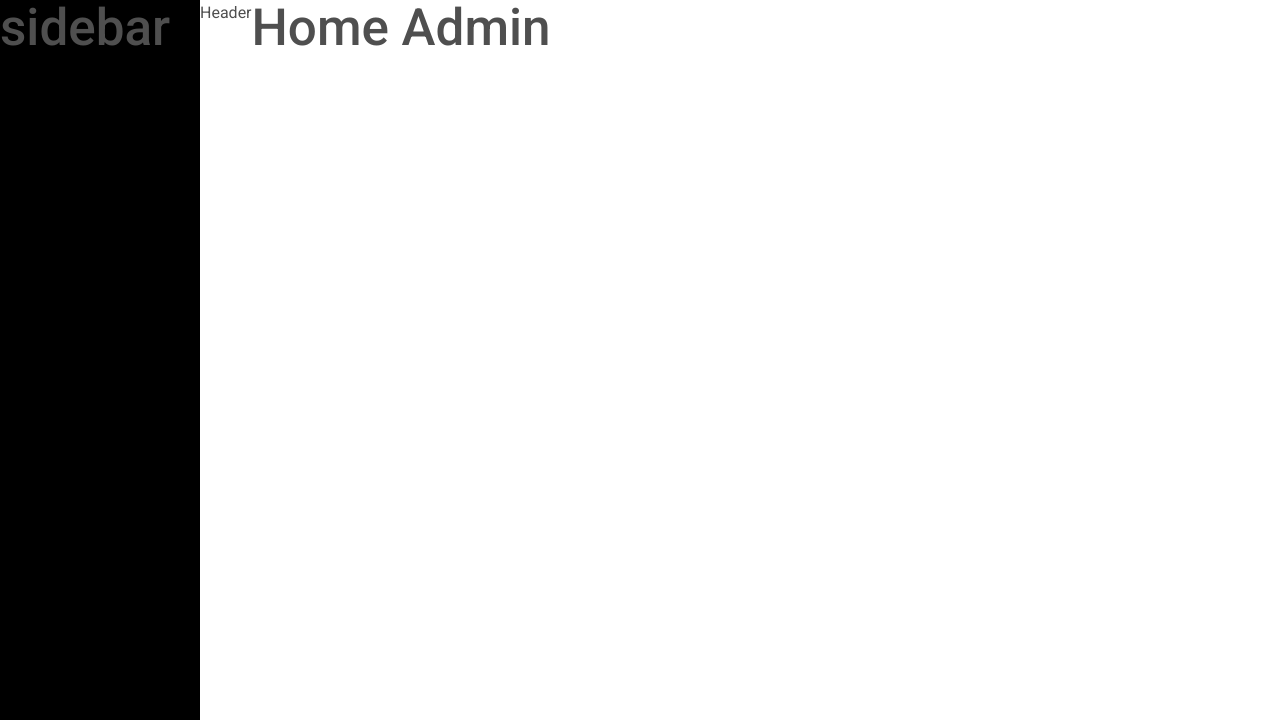
Repository: TinhTT336/MD02_Session10
Page: /admin
These files come from the project's save history. The page is drawn as it stood at one moment and after the next save; the edit follows.
The browser window is 1280 px wide. The pictures show the whole page.
Some web libraries are served in a nearby version. The project was rebuilt for these pictures with package versions that can differ from the ones it lists, and the page was loaded fresh each time. Also part of the build but not shown: vite.config.js, src/layouts/Navbar.jsx, src/layouts/Footer.jsx, src/components/base/button/button.css, src/components/base/button/Button.jsx, src/pages/Home.jsx, src/common/formatMoney.js, src/actions/cartActions.js and 11 more.

Above is the page before, as saved 2023-09-08 15:58:06.

After the next save:
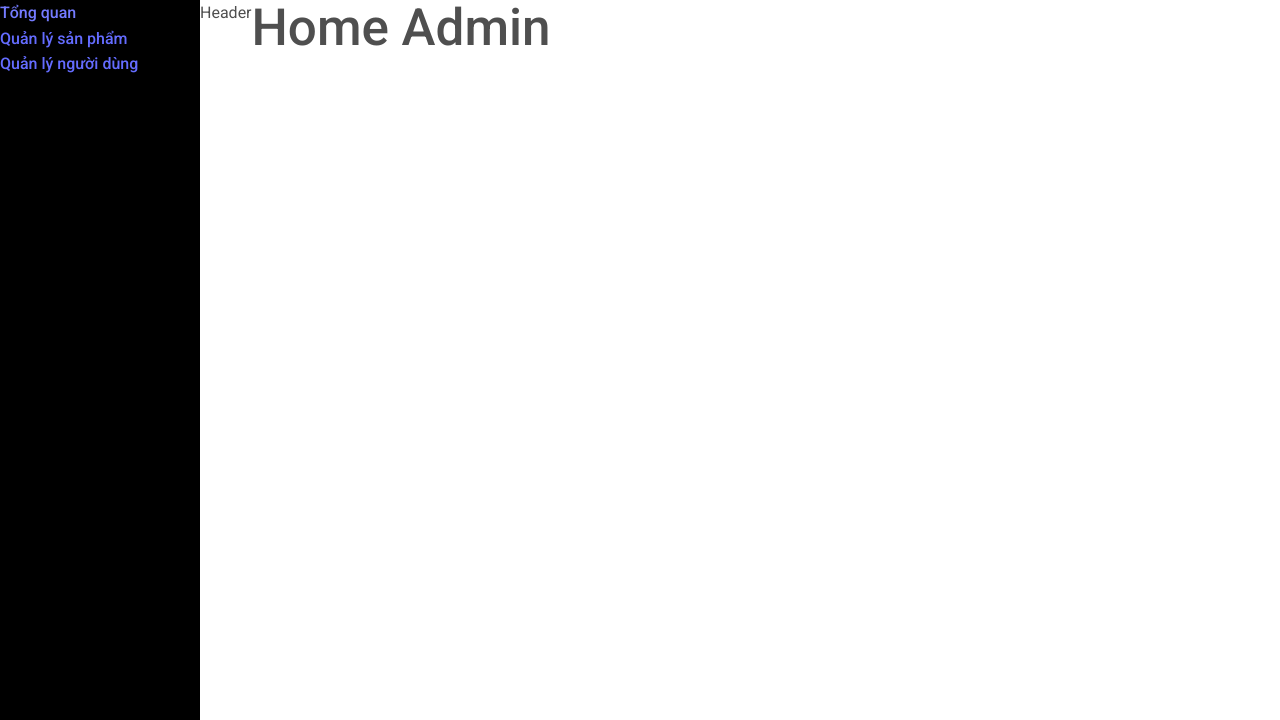
Saved 2 min 11 s later.
--- a/src/layouts/admin/sidebar/Sidebar.jsx
+++ b/src/layouts/admin/sidebar/Sidebar.jsx
@@ -1,10 +1,24 @@
 import React from 'react'
 import "./sidebar.css";
+import { NavLink } from 'react-router-dom';
 export default function Sidebar() {
     return (
         <>
             <div className='h-100 bg-black sidebar-admin'>
-                <h1>sidebar</h1>
+                <div>
+                    <NavLink>
+                        <div></div>
+                        <div>Tổng quan</div>
+                    </NavLink>
+                    <NavLink>
+                        <div></div>
+                        <div>Quản lý sản phẩm</div>
+                    </NavLink>
+                    <NavLink>
+                        <div></div>
+                        <div>Quản lý người dùng</div>
+                    </NavLink>
+                </div>
             </div>
 
         </>
